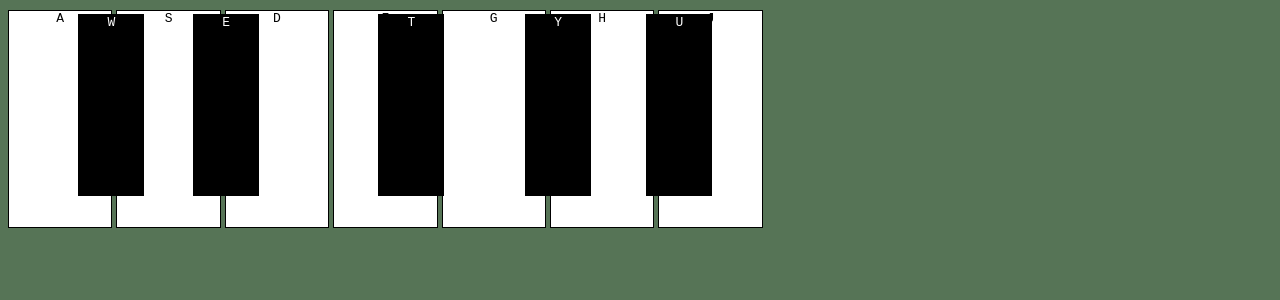
Repository: ctcoleman/Virtual-Piano
Page: index.html
The author's editor kept a copy of each file at every save. The page is drawn from the files as they stood at one save, then again after the next save.
The browser window is 1280 px wide. The pictures show the whole page.

Above is the page before, as saved 2020-07-20 09:02:16.

### index.html
<!DOCTYPE html>
<html>

<head>
    <meta charset="utf-8">
    <link type="text/css" rel="stylesheet" href="./index.css">
    <title>Chris's Keyboard Piano</title>
</head>

<body>
    <div class="white-keys-container">
        <kbd class="white-key" id="KeyA">A</kbd>
        <kbd class="white-key" id="KeyS">S</kbd>
        <kbd class="white-key" id="KeyD">D</kbd>
        <kbd class="white-key" id="KeyF">F</kbd>
        <kbd class="white-key" id="KeyG">G</kbd>
        <kbd class="white-key" id="KeyH">H</kbd>
        <kbd class="white-key" id="KeyJ">J</kbd>
    </div>
    <div class="black-keys-container">
        <kbd class="black-key" id="KeyW">W</kbd>
        <kbd class="black-key" id="KeyE">E</kbd>
        <kbd class="black-key" id="KeyT">T</kbd>
        <kbd class="black-key" id="KeyY">Y</kbd>
        <kbd class="black-key" id="KeyU">U</kbd>
    </div>
    <script src="./index.js"></script>
</body>

</html>

### index.css
html {
    background: rgba(1, 46, 1, 0.664);
    color: black;
    box-sizing: border-box;
}

.white-key-container {
    margin: 15vh 15vw;
    width: 70vw;
    position: relative;
}
.white-key {
    text-align: center;
    display: inline-block;
    width: 8vw;
    height: 30vh;
    background: white;
    border: 1px solid black;
}

.black-key-container {
    margin: 10vh 5vw;
    width: 70vw;
}
.black-key {
    position: relative;
    z-index: 1;
    top: -30vh;
    text-align: center;
    display: inline-block;
    width: 5vw;
    height: 25vh;
    background: black;
    color: white;
    border: 1px solid black;
}
#KeyW {
    left: 5.5vw;
}
#KeyE {
    left: 9vw;
}
#KeyT {
    left: 18vw;
}
#KeyY {
    left: 24vw;
}
#KeyU {
    left: 28vw;
}

### index.js
const aKey = document.getElementById('KeyA')
const sKey = document.getElementById('KeyS')
const dKey = document.getElementById('KeyD')
const fKey = document.getElementById('KeyF')
const gKey = document.getElementById('KeyG')
const hKey = document.getElementById('KeyH')
const jKey = document.getElementById('KeyJ')
const wKey = document.getElementById('KeyW')
const eKey = document.getElementById('KeyE')
const tKey = document.getElementById('KeyT')
const yKey = document.getElementById('KeyY')
const uKey = document.getElementById('KeyU')






const keys = [aKey, sKey, dKey, fKey, gKey, hKey, jKey, wKey, eKey, tKey, yKey, uKey]
console.log(keys)
document.addEventListener('keypress', (keyPressed) => {
    const key = keyPressed.code
    switch (key) {
        case keys[0].id:
            new Audio('./keys/A.mp3').play()
            break
        case keys[1].id:
            new Audio('./keys/S.mp3').play()
            break
        case keys[2].id:
            new Audio('./keys/D.mp3').play()
            break
        case keys[3].id:
            new Audio('./keys/F.mp3').play()
            break
        case keys[4].id:
            new Audio('./keys/G.mp3').play()
            break
        case keys[5].id:
            new Audio('./keys/H.mp3').play()
            break
        case keys[6].id:
            new Audio('./keys/J.mp3').play()
            break
        case keys[7].id:
            new Audio('./keys/W.mp3').play()
            break
        case keys[8].id:
            new Audio('./keys/E.mp3').play()
            break
        case keys[9].id:
            new Audio('./keys/T.mp3').play()
            break
        case keys[10].id:
            new Audio('./keys/Y.mp3').play()
            break
        case keys[11].id:
            new Audio('./keys/U.mp3').play()
            break
        default:
            console.log('Invalid Key Press')
    }
})

After the next save:
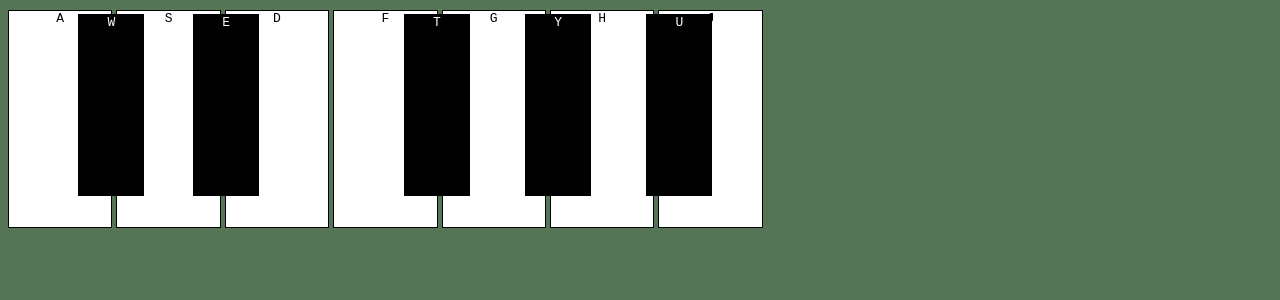
Saved 11 s later.
--- a/index.css
+++ b/index.css
@@ -41,7 +41,7 @@ html {
     left: 9vw;
 }
 #KeyT {
-    left: 18vw;
+    left: 20vw;
 }
 #KeyY {
     left: 24vw;
